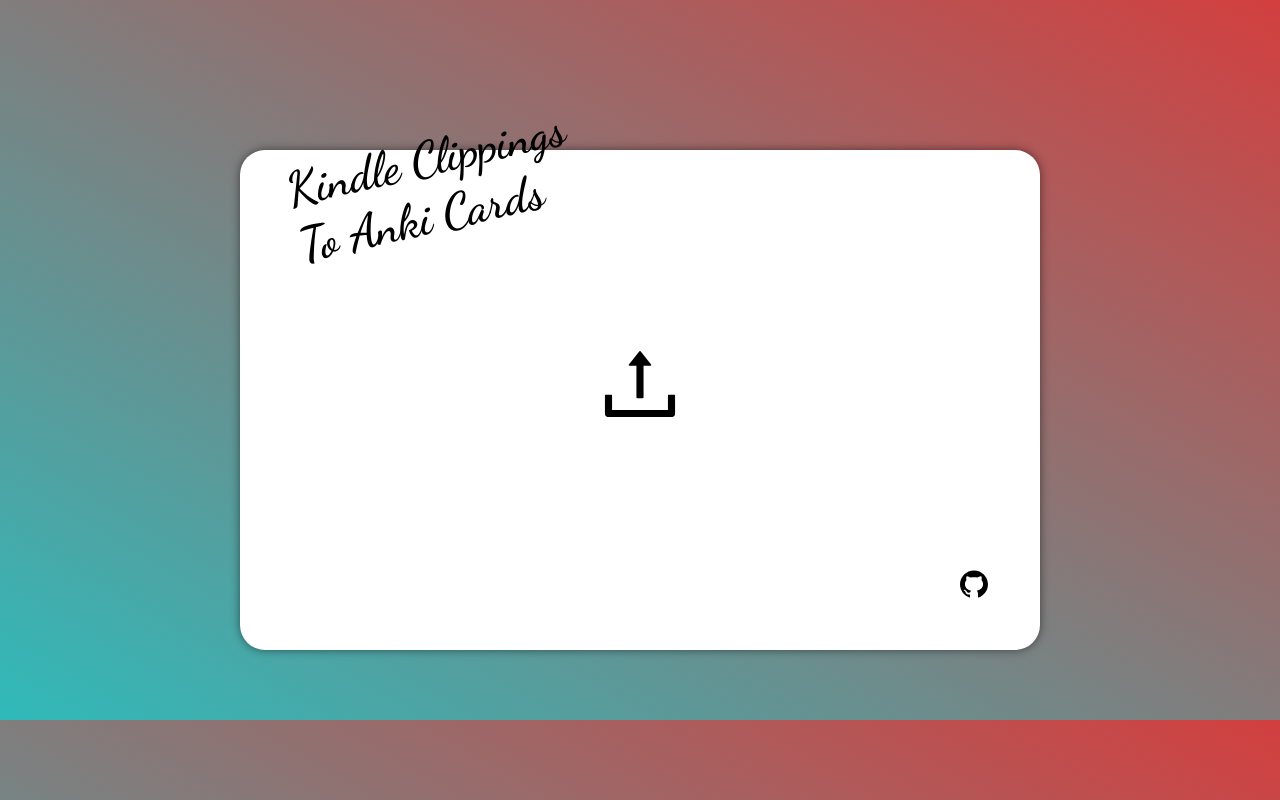
Repository: Lewisjohnward/kindle-clippings-to-cards
Page: /
These files come from the project's save history. The page is drawn as it stood at one moment and after the next save; the edit follows.
The browser window is 1280 px wide. The pictures show the whole page.
Backgrounds fixed to the window are drawn as part of the page. The project was rebuilt for these pictures with package versions that can differ from the ones it lists, and the page was loaded fresh each time.

Above is the page before, as saved 2021-10-29 13:06:53.

### public/index.html
<!DOCTYPE html>
<html lang="en">
  <head>
    <meta charset="utf-8" />
    <link rel="icon" href="%PUBLIC_URL%/favicon.ico" />
    <meta name="viewport" content="width=device-width, initial-scale=1" />
    <meta name="theme-color" content="#000000" />
    <meta
      name="description"
      content="Web site created using create-react-app"
    />
    <link rel="apple-touch-icon" href="%PUBLIC_URL%/logo192.png" />
    <!--
      manifest.json provides metadata used when your web app is installed on a
      user's mobile device or desktop. See https://developers.google.com/web/fundamentals/web-app-manifest/
    -->
    <link rel="manifest" href="%PUBLIC_URL%/manifest.json" />
    <link rel="preconnect" href="https://fonts.googleapis.com">
<link rel="preconnect" href="https://fonts.gstatic.com" crossorigin>
<link href="https://fonts.googleapis.com/css2?family=Dancing+Script:wght@600&display=swap" rel="stylesheet">
    <!--
      Notice the use of %PUBLIC_URL% in the tags above.
      It will be replaced with the URL of the `public` folder during the build.
      Only files inside the `public` folder can be referenced from the HTML.

      Unlike "/favicon.ico" or "favicon.ico", "%PUBLIC_URL%/favicon.ico" will
      work correctly both with client-side routing and a non-root public URL.
      Learn how to configure a non-root public URL by running `npm run build`.
    -->
    <title>React App</title>
  </head>
  <body>
    <noscript>You need to enable JavaScript to run this app.</noscript>
    <div id="root"></div>
    <!--
      This HTML file is a template.
      If you open it directly in the browser, you will see an empty page.

      You can add webfonts, meta tags, or analytics to this file.
      The build step will place the bundled scripts into the <body> tag.

      To begin the development, run `npm start` or `yarn start`.
      To create a production bundle, use `npm run build` or `yarn build`.
    -->
  </body>
</html>

### src/index.js
import React from "react"
import ReactDOM from "react-dom"
import App from "./App"
ReactDOM.render(<App />, document.getElementById('root'))

### src/App.js
import { useRef } from "react";
import styled, { createGlobalStyle } from "styled-components";
import { AiOutlineUpload, AiFillGithub } from "react-icons/ai";

const GlobalStyle = createGlobalStyle`
    body{
        height: 100%;
        margin: 0;
        padding: 0;
        background-repeat: no-repeat;
        background-attachment: fixed;
        background-image: linear-gradient(
            30deg,
            rgb(48, 186, 186),
            rgb(211, 63, 63)
        );


    }
`;

const Frame = styled.div`
  display: flex;
  align-items: center;
  justify-content: center;
  height: 800px;
`;

const MainContainer = styled.div`
  box-sizing: border-box;
  position: relative;
  width: 800px;
  height: 500px;
  padding: 50px;
  border-radius: 25px;
  background: white;
  box-shadow: 0px 0px 10px 0px rgba(0, 0, 0, 0.5);
`;
const TitleContainer = styled.div`
  position: absolute;
  top: -4%;
  transform: rotate(-13deg);
  font-family: "Dancing Script", cursive;
  font-size: 3rem;
`;
const Title = styled.p`
  margin: 0;
  padding: 0;
`;

const CenterContainer = styled.div`
  display: flex;
  justify-content: center;
  align-items: center;
  height: 92%;
`;

const UploadIcon = styled(AiOutlineUpload)`
  font-size: 6em;
  color: black;
  cursor: pointer;

  &:hover {
    transform: scale(1.05);
    text-shadow: 0px 0px 10px rgba(0, 0, 0, 0.2);
  }
`;

const ExternalLinkContainer = styled.div`
  text-align: right;
`;

const GithubIcon = styled(AiFillGithub)`
  font-size: 2em;
  color: black;
  cursor: pointer;

  &:hover {
    transform: scale(1.05);
    text-shadow: 0px 0px 10px rgba(0, 0, 0, 0.2);
  }
`;

const Input = styled.input.attrs({
  type: "file",
})`
  display: none;
`;

const App = () => {
  const inputFile = useRef(null);

  const onButtonClick = () => {
    // `current` points to the mounted file input element
    inputFile.current.click();
  };

  return (
    <>
      <GlobalStyle />
      <Frame>
        <MainContainer>
          <TitleContainer>
            <Title>Kindle Clippings</Title>
            <Title>To Anki Cards</Title>
          </TitleContainer>
          <CenterContainer>
            <UploadIcon onClick={onButtonClick} />
            <Input ref={inputFile} />
          </CenterContainer>
          <ExternalLinkContainer>
            <GithubIcon />
          </ExternalLinkContainer>
        </MainContainer>
      </Frame>
    </>
  );
};

export default App;

After the next save:
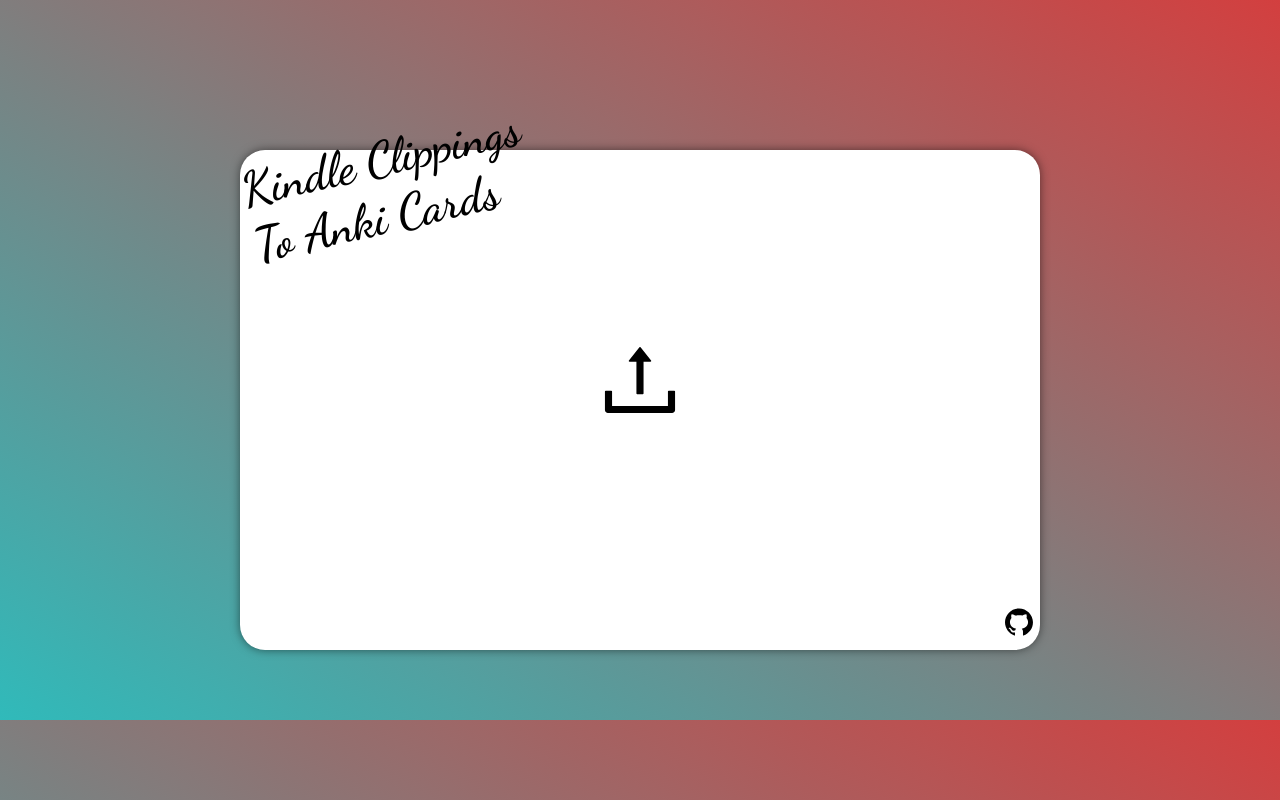
Saved 4 s later.
--- a/src/App.js
+++ b/src/App.js
@@ -27,11 +27,11 @@
 `;
 
 const MainContainer = styled.div`
-  box-sizing: border-box;
+ box-sizing: border-box;
   position: relative;
   width: 800px;
   height: 500px;
-  padding: 50px;
+  padding: 5px;
   border-radius: 25px;
   background: white;
   box-shadow: 0px 0px 10px 0px rgba(0, 0, 0, 0.5);
@@ -68,7 +68,7 @@
 
 const ExternalLinkContainer = styled.div`
   text-align: right;
-`;
+`
 
 const GithubIcon = styled(AiFillGithub)`
   font-size: 2em;
